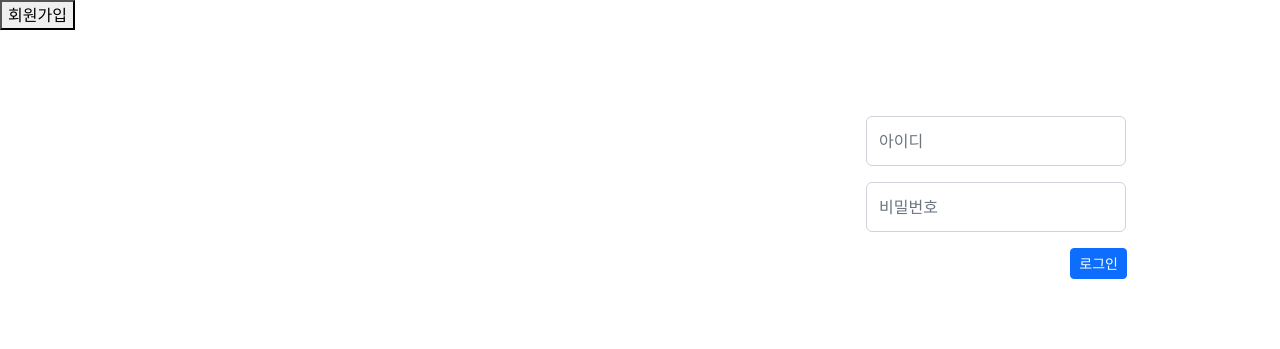
Repository: kokoko12334/myvocab-toy
Page: http://localhost/myVocabularyList/home.jsp
The author's editor kept a copy of each file at every save. The page is drawn from the files as they stood at one save, then again after the next save.
The browser window is 1280 px wide. The pictures show the whole page.
The page is served by Tomcat 9. Other server files are loaded and not shown.

Above is the page before, as saved 2023-04-08 04:28:24.

### myVocabularyList/src/main/webapp/home.jsp
<%@ page language="java" contentType="text/html; charset=UTF-8"
    pageEncoding="UTF-8"%>

<%@ taglib prefix="c" uri = "http://java.sun.com/jsp/jstl/core" %>

<!DOCTYPE html>
<html>
<head>
<meta charset="UTF-8">
<title>영어단어장 홈화면</title>
<link href="https://cdn.jsdelivr.net/npm/bootstrap@5.2.3/dist/css/bootstrap.min.css" rel="stylesheet" integrity="sha384-rbsA2VBKQhggwzxH7pPCaAqO46MgnOM80zW1RWuH61DGLwZJEdK2Kadq2F9CUG65" crossorigin="anonymous">

</head>

<body>

	<div  style="float: right;width: 414px;margin-top: 100px;text-align:right" >

		<form action = "/login" method = "post" style="height: 164px;width: 261px;">
			<input class="form-control my-3" style = "height:50px; width: 260px;" type = "text" name = "id" placeholder = "아이디">
			<input class="form-control my-3" style = "height:50px; width: 260px;" type = "password" name = "pwd" placeholder = "비밀번호">
			<button  class="btn btn-primary btn-sm" >로그인</button>

		</form>
	</div>

	<div>
		<button type="button"  onClick="location.href='joinForm.jsp'">회원가입</button>
	</div>


</body>

</html>

After the next save:
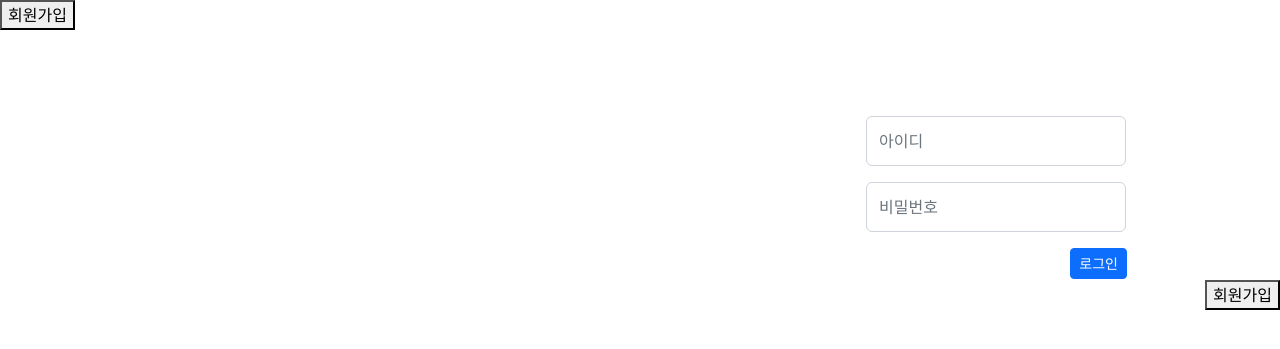
Saved 25 s later.
--- a/myVocabularyList/src/main/webapp/home.jsp
+++ b/myVocabularyList/src/main/webapp/home.jsp
@@ -22,6 +22,7 @@
 			<button  class="btn btn-primary btn-sm" >로그인</button>
 
 		</form>
+		<button type="button"  onClick="location.href='joinForm.jsp'">회원가입</button>
 	</div>
 
 	<div>

After the save that followed:
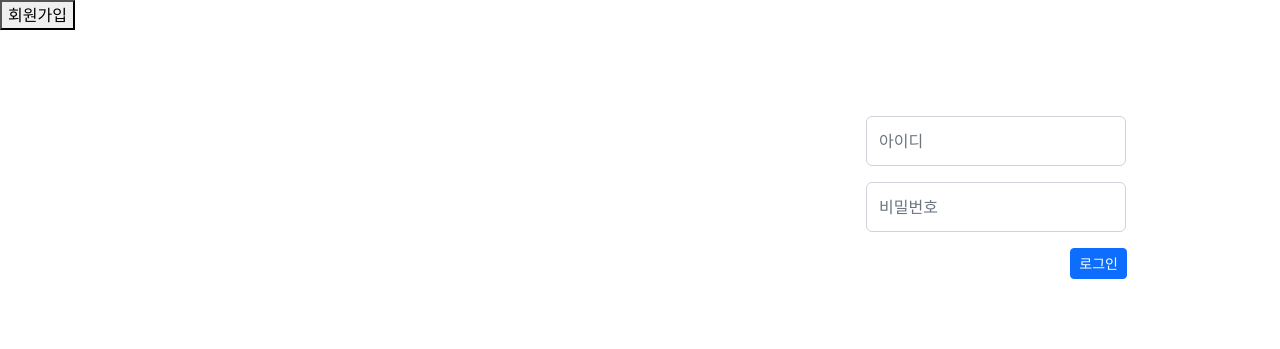
Saved 20 s later.
--- a/myVocabularyList/src/main/webapp/home.jsp
+++ b/myVocabularyList/src/main/webapp/home.jsp
@@ -22,12 +22,12 @@
 			<button  class="btn btn-primary btn-sm" >로그인</button>
 
 		</form>
-		<button type="button"  onClick="location.href='joinForm.jsp'">회원가입</button>
+
 	</div>
 
-	<div>
+
 		<button type="button"  onClick="location.href='joinForm.jsp'">회원가입</button>
-	</div>
+
 
 
 </body>
